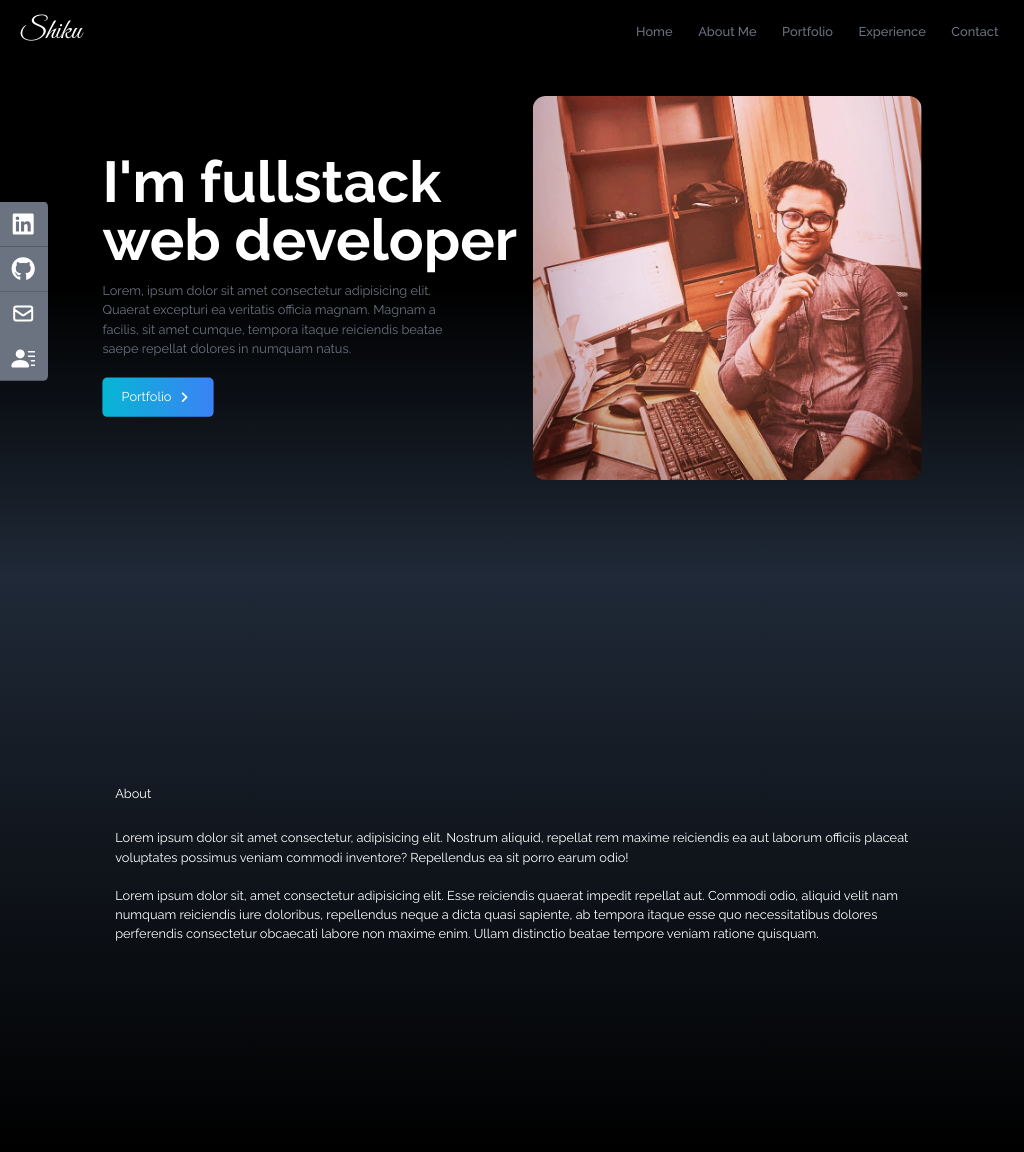
Repository: shikubro90/portfolio2
Page: /
These files come from the project's save history. The page is drawn as it stood at one moment and after a run of saves; the edit follows.
The browser window is 1280 px wide. The pictures show the whole page, at 80% of full size.
The project was rebuilt for these pictures with package versions that can differ from the ones it lists, and the page was loaded fresh each time. Imported but missing from the stored project, and not drawn on this page: src/assets/CV.pdf.

Above is the page before, as saved 2022-08-26 13:51:04.

### src/index.css
@import url('https://fonts.googleapis.com/css2?family=Raleway:ital,wght@0,200;0,300;0,400;0,500;0,600;0,700;0,800;0,900;1,100;1,200;1,300;1,400;1,500;1,600;1,700;1,800;1,900&display=swap');

@import url('https://fonts.googleapis.com/css2?family=Great+Vibes&display=swap');

@tailwind base;
@tailwind components;
@tailwind utilities;

@layer base{
  html{
    font-family: 'Raleway', sans-serif;
  }
}

### src/App.js
import About from "./components/About";
import Home from "./components/Home";
import Navbar from "./components/Navbar";
import SocialMedia from "./components/SocialMedia";


function App() {
  return (
    <div>
      <Navbar/>
      <Home/>
      <SocialMedia/>
      <About/>
    </div>
  );
}

export default App;

### src/components/About.jsx
import React from 'react'

const About = () => {
  return (
    <div name="about" className='w-full h-screen bg-gradient-to-b from-gray-800 to-black text-white'>
      <div className='max-w-screen-lg p-4 mx-auto flex flex-col justify-center w-full h-full'>
        <div className='pb-8'>
          <p className='text-bold'>About</p>
        </div>
        <p>
          Lorem ipsum dolor sit amet consectetur, adipisicing elit. Nostrum aliquid, repellat rem maxime reiciendis ea aut laborum officiis placeat voluptates possimus veniam commodi inventore? Repellendus ea sit porro earum odio!
        </p>

        <br />

        <p>Lorem ipsum dolor sit, amet consectetur adipisicing elit. Esse reiciendis quaerat impedit repellat aut. Commodi odio, aliquid velit nam numquam reiciendis iure doloribus, repellendus neque a dicta quasi sapiente, ab tempora itaque esse quo necessitatibus dolores perferendis consectetur obcaecati labore non maxime enim. Ullam distinctio beatae tempore veniam ratione quisquam.</p>
      </div>

    </div>
  )
}

export default About

### src/components/Home.jsx
import React from 'react'
import heroImage from '../assets/about_me.png'
import {MdOutlineKeyboardArrowRight} from "react-icons/md"

const Home = () => {
  return (
    <div name="home" className='h-screen w-full bg-gradient-to-b from-black via-black to-gray-800 px-4'>
        <div className='max-w-screen-lg mx-auto flex flex-col md:flex-row items-center justify-center h-full'>

            <div className='flex flex-col justify-center text-white'>
                <h1 className='text-4xl sm:text-7xl font-bold'>I'm fullstack web developer</h1>

                <p className='text-gray-500 py-4 max-w-md'>Lorem, ipsum dolor sit amet consectetur adipisicing elit. Quaerat excepturi ea veritatis officia magnam. Magnam a facilis, sit amet cumque, tempora itaque reiciendis beatae saepe repellat dolores in numquam natus.</p>

                <button className='group w-fit flex flex-row items-center px-6 py-3 my-2 rounded-md bg-gradient-to-r from-cyan-500 to-blue-500 cursor-pointer'>
                    Portfolio
                    <span className='group-hover:rotate-90 duration-200'>
                        <MdOutlineKeyboardArrowRight className="ml-1" size={25} />
                    </span>
                </button>

            </div>
            <div>
                <img src={heroImage} alt="heroImage" className='rounded-2xl'/>
            </div>
        </div>
    </div>
  )
}

export default Home

### src/components/Navbar.jsx
import React, { useState } from 'react'
import {FaBars, FaTimes} from 'react-icons/fa'

const Navbar = () => {

  const [nav, setNav] = useState(false)

  const links =[
    {
      id : 1,
      link : "Home"
    },
    {
      id : 2,
      link : "About Me"
    },
    {
      id : 3,
      link : "Portfolio"
    },
    {
      id : 4,
      link : "Experience"
    },
    {
      id : 5,
      link : "Contact"
    },
  ]

  return (
    <div className='bg-black text-white flex justify-between items-center px-4 fixed w-full h-20'>
      <div>
        <h1 className='text-4xl font-signature ml-2'>Shiku</h1>
      </div>

        <ul className='hidden md:flex'>
          {
            links.map((link)=>{
              return(
                <li key={link.id} className='px-4 cursor-pointer capitalize font-medium text-gray-500 hover:scale-105 duration-200 '>
                  {link.link}
                </li>
              )
            })
          }
        </ul>
        <div onClick={()=>{return setNav(!nav)}} className='cursor-pointer pr-10 z-10 text-gray-500 md:hidden'>
          {nav? <FaTimes size={30}/> : <FaBars size={30}/>  }
        </div>

          {nav && (
            <ul className='absolute top-0 left-0 w-full flex flex-col items-center justify-center h-screen bg-gradient-to-b from-black to-gray-800 text-gray-500'>
              {
                links.map(({id, link})=>{
                  return(
                    <li key={id} className='px-4 py-6 text-3xl cursor-pointer capitalize font-medium text-gray-500 hover:scale-105 duration-200 '>
                        {link}
                    </li>
                  )
                })
              }
            </ul>
          )}
    </div>
  )
}

export default Navbar

### src/components/SocialMedia.jsx
import React from 'react'
import {FaGithub, FaLinkedin} from "react-icons/fa"
import {HiOutlineMail} from "react-icons/hi"
import {BsFillPersonLinesFill} from "react-icons/bs"
import resume from '../assets/CV.pdf'

const links = [
    {
        id : 1,
        child : (
            <>
                LinkedIn <FaLinkedin size={30}/>
            </>
        ),
        href : "https://linkedin.com",
        style : 'rounded-tr-md'
    },
    {
        id : 2,
        child : (
            <>
                GitHub <FaGithub size={30}/>
            </>
        ),
        href : "https://github.com/shikubro90?tab=repositories",
    },
    {
        id : 3,
        child : (
            <>
                Mail <HiOutlineMail size={30}/>
            </>
        ),
        href : "mailto:shikubro90@gmail.com",
    },
    {
        id : 4,
        child : (
            <>
                Resume <BsFillPersonLinesFill size={30}/>
            </>
        ),
        href : resume,
        style : 'rounded-br-md',
        download: true
    },
]

const SocialMedia = () => {
  return (
    <div className='hidden lg:flex text-white flex flex-col fixed top-[35%] left-0'>
        <ul>
            {links.map(({id, child, style, href, download})=>{
                return(
                    <li key={id} className={`flex justify-between items-center ml-[-100px] hover:ml-[-10px] duration-300 hover:rounded-md w-40 bg-gray-500 cursor-pointer h-14 ${style}`}>
                        <a href={href}
                            className='flex justify-between items-center w-full px-4'
                            download={download}
                            rel="noreferrer"
                            target="_blank">
                            {child}
                        </a>
                    </li>
                )
            })}
        </ul>
    </div>
  )
}

export default SocialMedia

### tailwind.config.js
/** @type {import('tailwindcss').Config} */
module.exports = {
  content: [
    "./src/**/*.{js,jsx,ts,tsx}",
  ],
  theme: {
    extend: {},
    fontFamily: {
      signature : ["Great Vibes"],
    }
  },
  plugins: [],
}

Loaded but not shown: public/index.html (common file); src/index.js (common file)

After the next 5 saves:
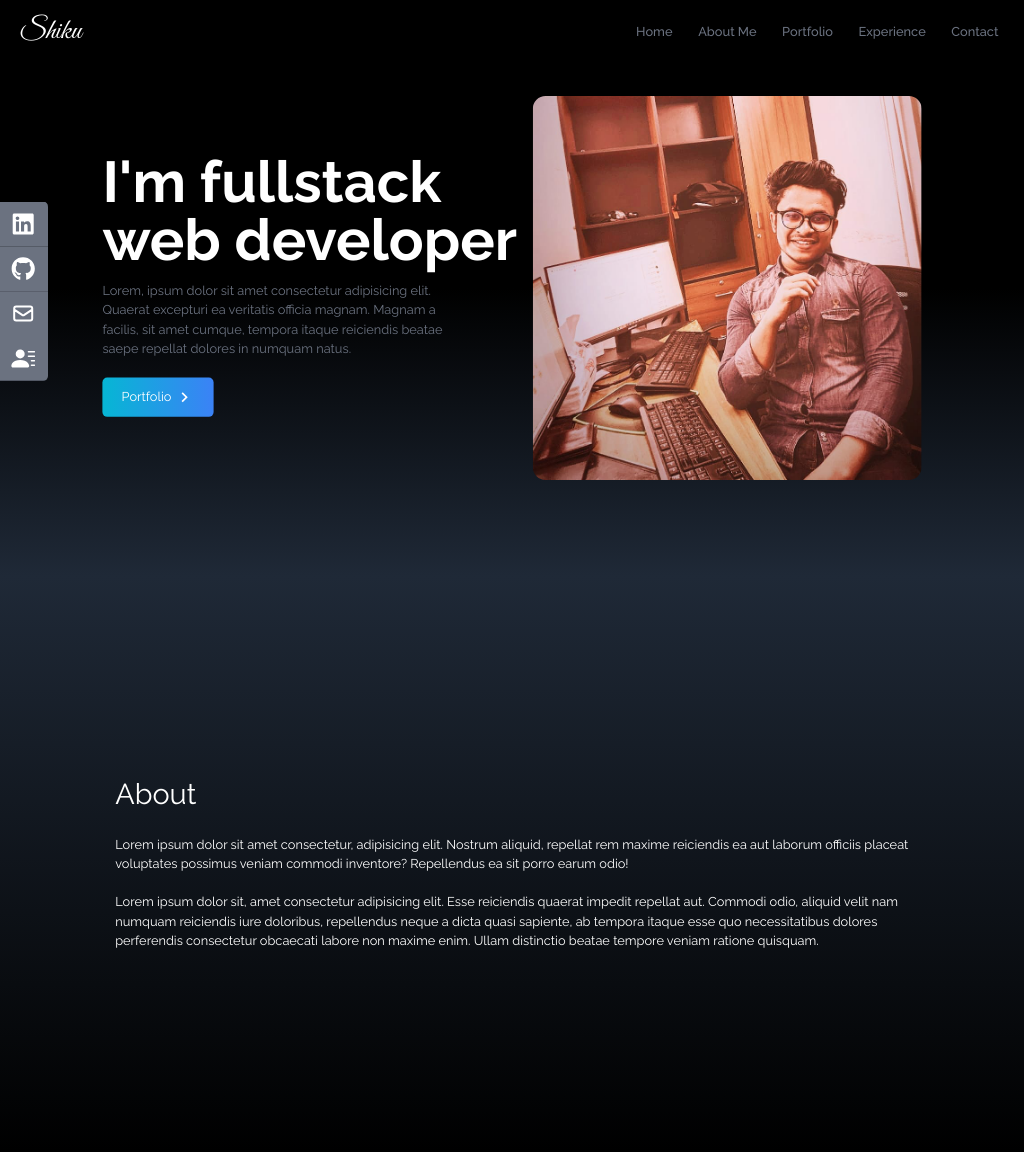
The 5 saves are shown as one change because they came seconds apart.
The last was saved 10 s later.
--- a/src/components/About.jsx
+++ b/src/components/About.jsx
@@ -5,7 +5,7 @@ const About = () => {
     <div name="about" className='w-full h-screen bg-gradient-to-b from-gray-800 to-black text-white'>
       <div className='max-w-screen-lg p-4 mx-auto flex flex-col justify-center w-full h-full'>
         <div className='pb-8'>
-          <p className='text-bold'>About</p>
+          <p className='text-4xl'>About</p>
         </div>
         <p>
           Lorem ipsum dolor sit amet consectetur, adipisicing elit. Nostrum aliquid, repellat rem maxime reiciendis ea aut laborum officiis placeat voluptates possimus veniam commodi inventore? Repellendus ea sit porro earum odio!
